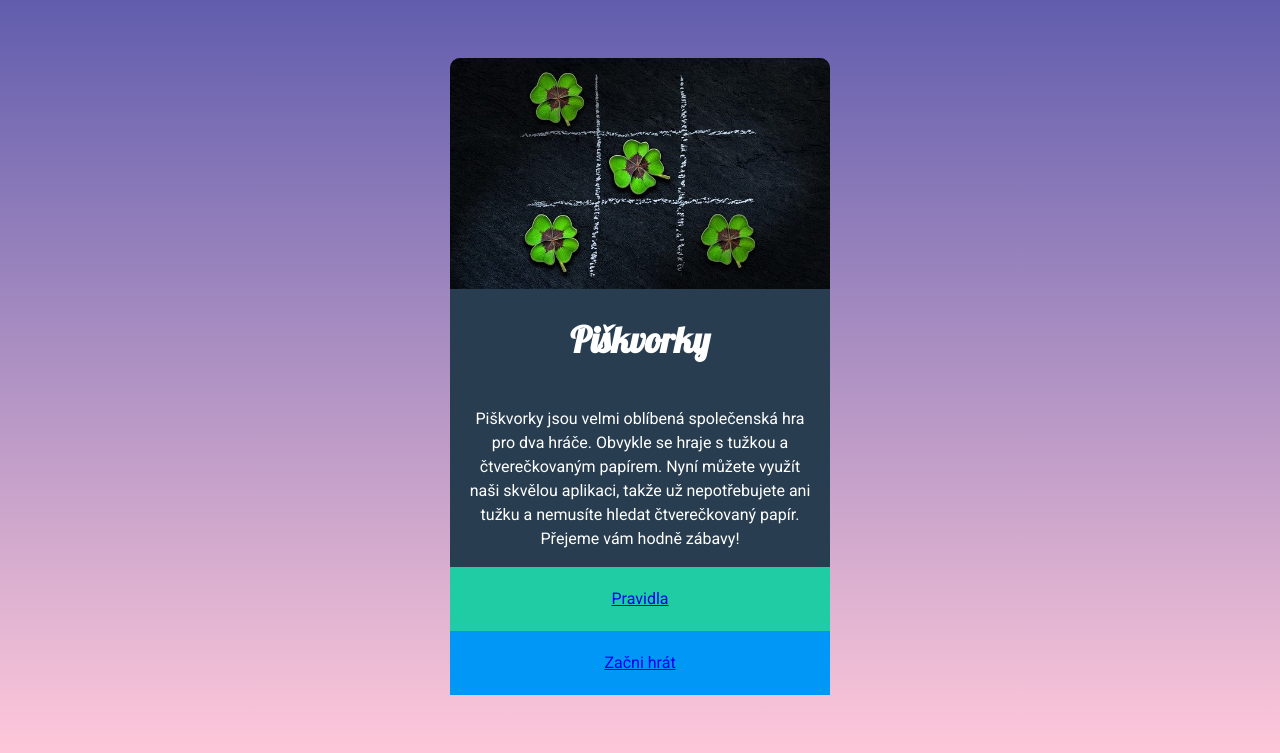
Repository: VerPro/piskvorky
Page: index.html
These files come from the project's save history. The page is drawn as it stood at one moment and after the next save; the edit follows.
The browser window is 1280 px wide. The pictures show the whole page.

Above is the page before, as saved 2021-03-24 21:12:47.

After the next save:
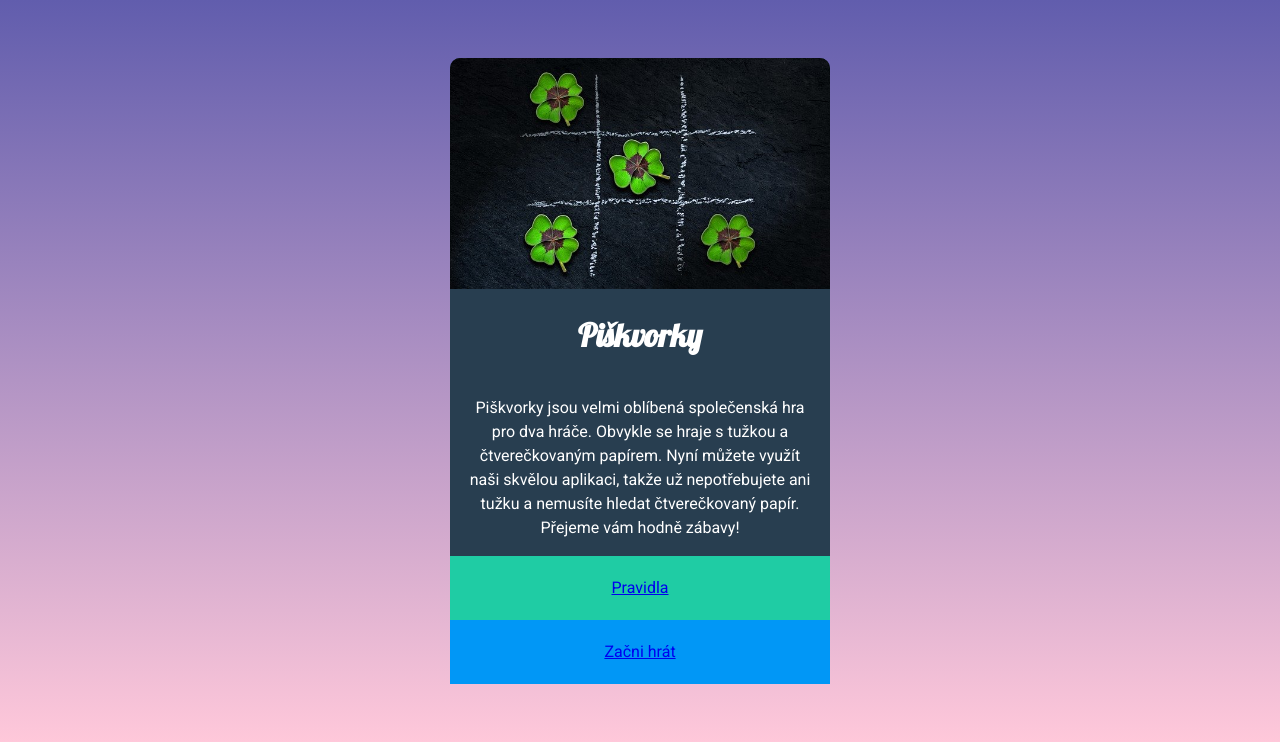
Saved 17 s later.
--- a/styly.css
+++ b/styly.css
@@ -15,7 +15,6 @@ body {
 h1 {
   font-family: 'Lobster', cursive;
   text-align: center;
-  font-size: 36px;
 }
 
 p {
